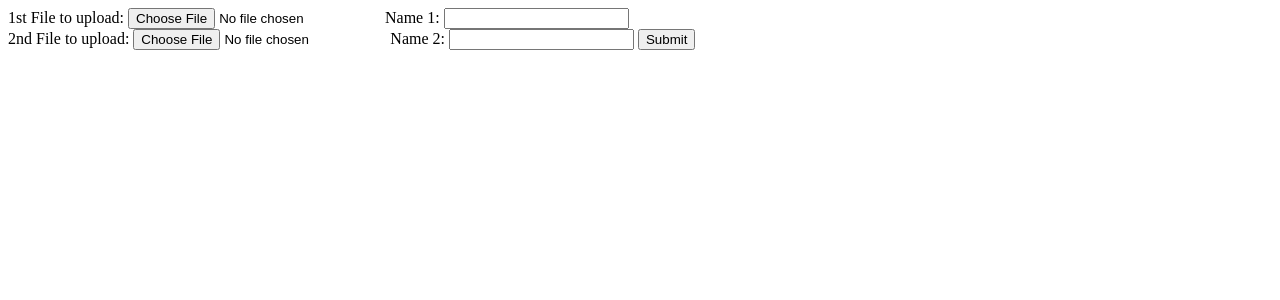
Repository: bikramaditya/Adv
Page: AdvantoWS/src/main/webapp/static/uploadMulti.html
An editor plug-in stored every save of this project. The page is shown before and after the next save, followed by the edit.
The browser window is 1280 px wide. The pictures show the whole page.

Above is the page before, as saved 2017-02-22 16:11:38.

After the next save:
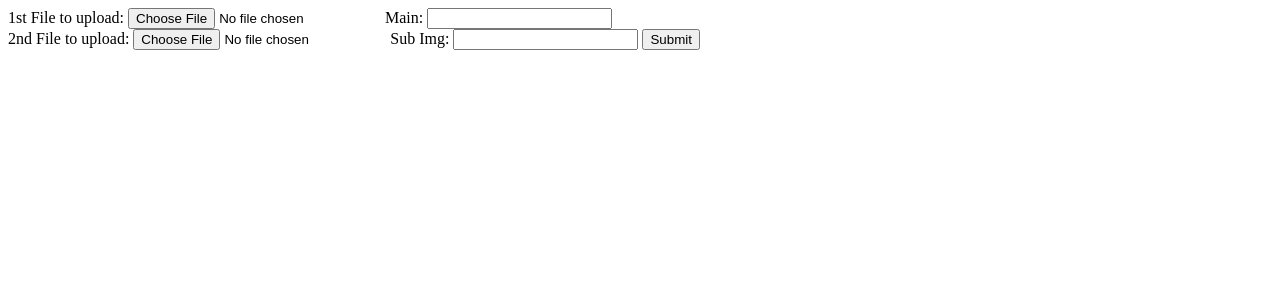
Saved 14 s later.
--- a/AdvantoWS/src/main/webapp/static/uploadMulti.html
+++ b/AdvantoWS/src/main/webapp/static/uploadMulti.html
@@ -5,10 +5,10 @@
 <body>
 	<form method="POST" action="/AdvantoWS/uploadMultipleFile" enctype="multipart/form-data">
 		1st File to upload: <input type="file" name="file">
-		Name 1: <input type="text" name="mainimg">
+		Main: <input type="text" name="mainimg">
 		<br/>
 		2nd File to upload: <input type="file" name="file">
-		Name 2: <input type="text" name="subimg">
+		Sub Img: <input type="text" name="subimg">
 		 <button type="submit" value="Submit">Submit</button>
 	</form>
 </body>
